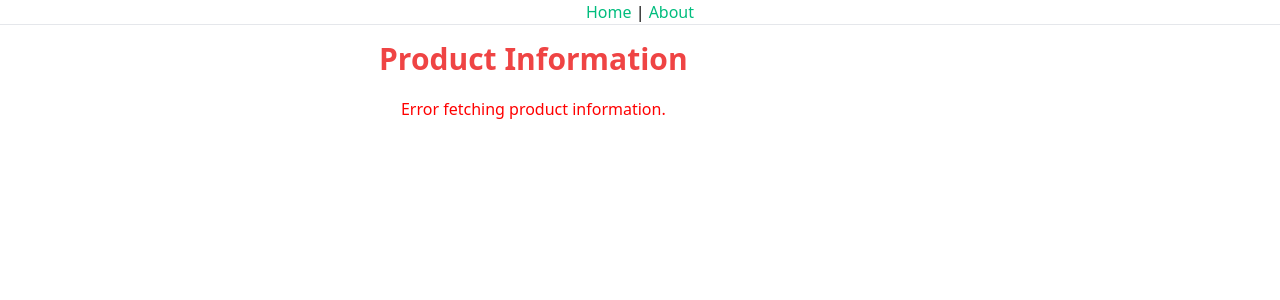
Repository: loktioncode/vectra-shop
Page: /
An editor plug-in stored every save of this project. The page is shown before and after the next save, followed by the edit.
The browser window is 1280 px wide. The pictures show the whole page.
The page's requests for data from a server got no answer. The project was rebuilt for these pictures with package versions that can differ from the ones it lists, and the page was loaded fresh each time. No one was signed in, and anything a server would have sent is missing. Also part of the build but not shown: vite.config.ts, src/components/ProductCard.vue.

Above is the page before, as saved 2023-09-20 15:29:52.

After the next save:
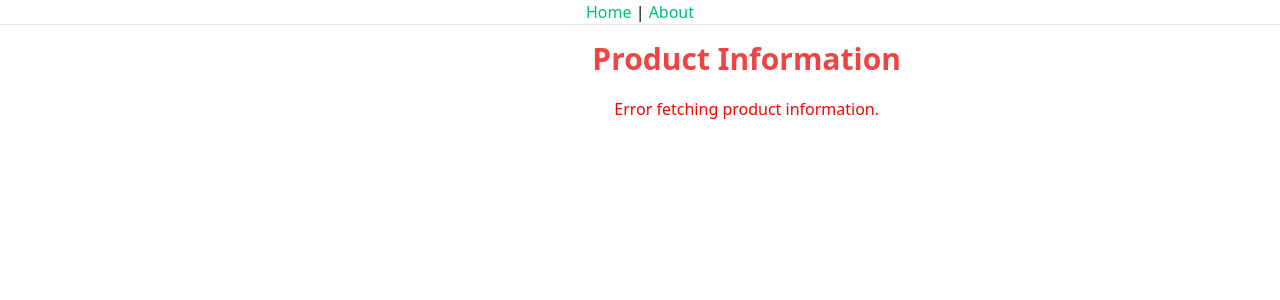
Saved 5 s later.
--- a/src/components/Products.vue
+++ b/src/components/Products.vue
@@ -6,7 +6,7 @@
     </div>
 
     <!-- Right Side for Product Information -->
-    <div class="w-3/6 p-4">
+    <div class="w-5/6 p-4">
       <h1 class="text-3xl text-red-500 font-bold mb-5">Product Information</h1>
       <div v-if="productStore.loading">Loading...</div>
       <div v-else>
